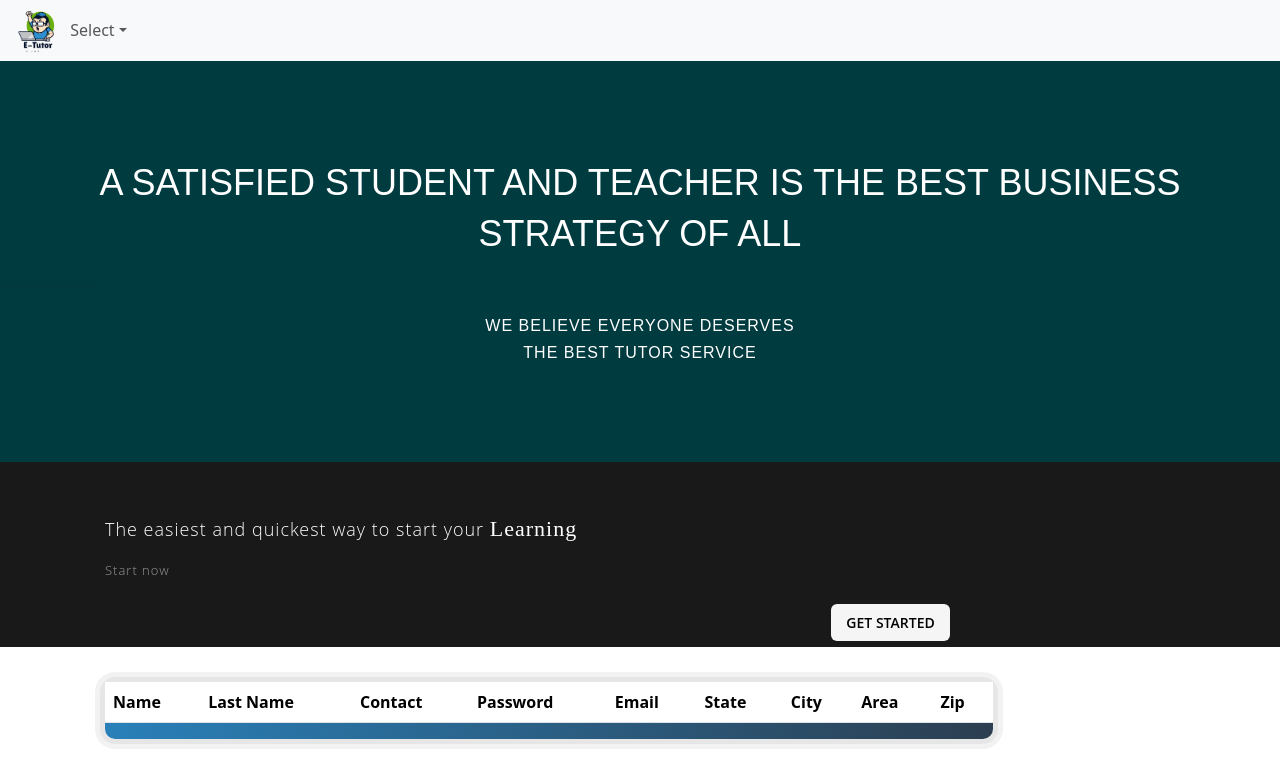
Repository: shailesh89-art/E-tutor-springboot-hibernate
Page: http://localhost/TUTOR_INVENTOR_1/pages/parent_Admin_edit.jsp
An editor plug-in stored every save of this project. The page is shown before and after the next save, followed by the edit.
The browser window is 1280 px wide. The pictures show the whole page.
Some web libraries are served in a nearby version. The page is served by Tomcat 9. Other server files are loaded and not shown. The template is opened directly, without the code that normally fills it, so the values that code supplies are empty.

Above is the page before, as saved 2023-05-03 14:09:14.

### TUTOR_INVENTOR_1/src/main/webapp/pages/parent_Admin_edit.jsp
<%@ taglib uri="http://www.springframework.org/tags/form" prefix="form"%> <%@ taglib uri="http://java.sun.com/jsp/jstl/core" prefix="c"%>
<!doctype html>
<html lang="en">
  <head>
    <!-- Required meta tags -->
    <meta charset="utf-8">
    <meta name="viewport" content="width=device-width, initial-scale=1, shrink-to-fit=no">

    <!-- Bootstrap CSS -->
      <link href="https://cdn.jsdelivr.net/npm/bootstrap@5.3.0-alpha1/dist/css/bootstrap.min.css" rel="stylesheet" integrity="sha384-GLhlTQ8iRABdZLl6O3oVMWSktQOp6b7In1Zl3/Jr59b6EGGoI1aFkw7cmDA6j6gD" crossorigin="anonymous">
    <script src="https://cdn.jsdelivr.net/npm/bootstrap@5.3.0-alpha1/dist/js/bootstrap.bundle.min.js" integrity="sha384-w76AqPfDkMBDXo30jS1Sgez6pr3x5MlQ1ZAGC+nuZB+EYdgRZgiwxhTBTkF7CXvN" crossorigin="anonymous"></script>
    <link rel="stylesheet" href="https://cdnjs.cloudflare.com/ajax/libs/font-awesome/4.7.0/css/font-awesome.min.css">
    <link rel="icon" type="image/x-icon" href="Assets/imgs/Screenshot_(160)-transformed (1)-fotor-bg-remover-20230423203452.png" >
      <title>Parent Admin</title>
    <style>




     .banner {

            background-size: cover;
            background-repeat: no-repeat;
            background-position: center center;
            width: 100%;
            height: 100%;
              background-color: #00838F;
        }

        .banner .opacity_overlay {
            height: 100%;
            width: 100%;
            background: rgba(0, 0, 0, 0.55);
            padding-top: 100px;
        }

        .banner .opacity_overlay .info {
            text-align: center;
            font-family: 'Montserrat', sans-serif;
        }

        .banner .opacity_overlay .info h2 {
            color: #fff;
            text-transform: uppercase;
            font-size: 36px;
        }

        .banner .opacity_overlay .info hr {
            width: 100px;
            margin-top: 30px;
            margin-bottom: 30px;
        }

        .banner .opacity_overlay .info h3 {
            color: #fff;
            text-transform: uppercase;
            font-size: 16px;
            letter-spacing: 1px;
        }

        .banner .opacity_overlay .secondary_layer {
            background: #191919;
            margin-top: 100px;
            padding-top: 15px;
            padding-bottom: 15px;
            font-family: "Open Sans", Arial, sans-serif;
        }

        .banner .opacity_overlay .secondary_layer .msg {
            font-size: 18px;
            color: #fff;
            font-weight: 300;
            letter-spacing: 1px;
        }

        .banner .opacity_overlay .secondary_layer .msg span {
            font-family: "Shadows Into Light", cursive;
            font-size: 22px;
        }

        .banner .opacity_overlay .secondary_layer .quote {
            font-size: 13px;
            color: #999;
            font-weight: 300;
            letter-spacing: 1px;
        }

        .banner .opacity_overlay .secondary_layer .btn {
            text-decoration: none;
            color: #000;
        }

        .banner .opacity_overlay .secondary_layer .btn button {
            background: #F5F5F5;
            border: none;
            border-radius: 6px;
            padding: 8px 15px;
            text-transform: uppercase;
            font-weight: 600;
            font-size: 14px;
            outline: none;
            transition: background-color 0.2s ease;
        }

        .banner .opacity_overlay .secondary_layer .btn button:hover {
            background: #000;
            color: #fff;
        }

        /* Font size change on browser resize */

        @media screen and (max-width: 991px) {
        .banner .opacity_overlay .info h2 {
            font-size: 30px;
        }
        }

        @media screen and (max-width: 768px) {
        .banner .opacity_overlay .info h2 {
            font-size: 26px;
        }
        }

        @media screen and (max-width: 631px) {
        .banner .opacity_overlay .info h2 {
            font-size: 22px;
        }
        }

        @media screen and (max-width: 534px) {
        .banner .opacity_overlay .info h2 {
            font-size: 20px;
        }
        }

        @media screen and (max-width: 991px) {
        .banner .opacity_overlay .info h3 {
            font-size: 12px;
        }
        }

        @media screen and (max-width: 534px) {
        .banner .opacity_overlay .info h3 {
            font-size: 10px;
        }
        }

        @media screen and (max-width: 768px) {
        .banner .opacity_overlay .secondary_layer .msg {
            font-size: 16px;
        }
        }

        @media screen and (max-width: 534px) {
        .banner .opacity_overlay .secondary_layer .msg {
            font-size: 13px;
        }
        }

        @media screen and (max-width: 768px) {
        .banner .opacity_overlay .secondary_layer .msg span {
            font-size: 18px;
        }
        }

        @media screen and (max-width: 534px) {
        .banner .opacity_overlay .secondary_layer .msg span {
            font-size: 16px;
        }
        }
        /*search button*/




        .advanced{

            text-decoration: none;
            font-size: 15px;
            font-weight: 500;
        }


        .btn-secondary,
        .btn-secondary:focus,
        .btn-secondary:active


         {
            color: #fff;
            background-color: #00838f !important;
            border-color: #00838f !important;
            box-shadow: none;
        }


        .advanced{

            color: #00838f !important;
        }






 .demo{ font-family: 'Noto Sans', sans-serif; }
.panel{
    background: linear-gradient(to right, #2980b9, #2c3e50);
    padding: 0;
    border-radius: 10px;
    border: none;
    box-shadow: 0 0 0 5px rgba(0,0,0,0.05),0 0 0 10px rgba(0,0,0,0.05);
}
.panel .panel-heading{
    padding: 20px 15px;
    border-radius: 10px 10px 0 0;
    margin: 0;
}
.panel .panel-heading .title{
    color: #fff;
    font-size: 28px;
    font-weight: 500;
    text-transform: capitalize;
    line-height: 40px;
    margin: 0;
}
.panel .panel-heading .btn{
    color: rgba(255,255,255,0.5);
    background: transparent;
    font-size: 16px;
    text-transform: capitalize;
    border: 2px solid #fff;
    border-radius: 50px;
    transition: all 0.3s ease 0s;
}
.panel .panel-heading .btn:hover{
    color: #fff;
    text-shadow: 3px 3px rgba(255,255,255,0.2);
}
.panel .panel-heading .form-control{
    color: #fff;
    background-color: transparent;
    width: 35%;
    height: 40px;
    border: 2px solid #fff;
    border-radius: 20px;
    display: inline-block;
    transition: all 0.3s ease 0s;
}
.panel .panel-heading .form-control:focus{
    background-color: rgba(255,255,255,0.2);
    box-shadow: none;
    outline: none;
}
.panel .panel-heading .form-control::placeholder{
    color: rgba(255,255,255,0.5);
    font-size: 15px;
    font-weight: 500;
}
.panel .panel-body{ padding: 0; }
.panel .panel-body .table thead tr th{
    color: #fff;
    background-color: rgba(255, 255, 255, 0.2);
    font-size: 16px;
    font-weight: 500;
    text-transform: uppercase;
    padding: 12px;
    border: none;
}
.panel .panel-body .table tbody tr td{
    color: #fff;
    font-size: 15px;
    padding: 10px 12px;
    vertical-align: middle;
    border: none;
}
.panel .panel-body .table tbody tr:nth-child(even){ background-color: rgba(255,255,255,0.05); }
.panel .panel-body .table tbody .action-list{
    padding: 0;
    margin: 0;
    list-style: none;
}
.panel .panel-body .table tbody .action-list li{
    display: inline-block;
    margin: 0 5px;
}
.panel .panel-body .table tbody .action-list li a{
    color: #fff;
    font-size: 15px;
    position: relative;
    z-index: 1;
    transition: all 0.3s ease 0s;
}
.panel .panel-body .table tbody .action-list li a:hover{ text-shadow: 3px 3px 0 rgba(255,255,255,0.3); }
.panel .panel-body .table tbody .action-list li a:before,
.panel .panel-body .table tbody .action-list li a:after{
    content: attr(data-tip);
    color: #fff;
    background-color: #111;
    font-size: 12px;
    padding: 5px 7px;
    border-radius: 4px;
    text-transform: capitalize;
    display: none;
    transform: translateX(-50%);
    position: absolute;
    left: 50%;
    top: -32px;
    transition: all 0.3s ease 0s;
}
.panel .panel-body .table tbody .action-list li a:after{
    content: '';
    height: 15px;
    width: 15px;
    padding: 0;
    border-radius: 0;
    transform: translateX(-50%) rotate(45deg);
    top: -18px;
    z-index: -1;
}
.panel .panel-body .table tbody .action-list li a:hover:before,
.panel .panel-body .table tbody .action-list li a:hover:after{
    display: block;
}
.panel .panel-footer{
    color: #fff;
    background-color: transparent;
    padding: 15px;
    border: none;
}
.panel .panel-footer .col{ line-height: 35px; }
.pagination{ margin: 0; }
.pagination li a{
    color: #fff;
    background-color: transparent;
    border: 2px solid transparent;
    font-size: 18px;
    font-weight: 500;
    text-align: center;
    line-height: 31px;
    width: 35px;
    height: 35px;
    padding: 0;
    margin: 0 3px;
    border-radius: 50px;
    transition: all 0.3s ease 0s;
}
.pagination li a:hover{
    color: #fff;
    background-color: transparent;
    border-color: rgba(255,255,255,0.2);
}
.pagination li a:focus,
.pagination li.active a,
.pagination li.active a:hover{
    color: #fff;
    background-color: transparent;
    border-color: #fff;
}
.pagination li:first-child a,
.pagination li:last-child a{
    border-radius: 50%;
}
.container{

    padding-left: 320px;
    padding:35px;
}
 #logo{
        width: 4%;
      }
@media only screen and (max-width:767px){
    .panel .panel-heading .title{
        text-align: center;
        margin: 0 0 10px;
    }
    .panel .panel-heading .btn_group{ text-align: center; }
    .container{

        padding: 45px;
    }
     #logo{
        width: 19%;
      }
}







   }
    </style>
  </head>
  <body>
  <nav class="navbar navbar-expand-lg navbar-light bg-light">
        <div class="container-fluid">
           <img  id="logo" src="Assets/imgs/Screenshot_(160)-transformed (1)-fotor-bg-remover-20230423203452.png" alt="">
          <button class="navbar-toggler" type="button" data-bs-toggle="collapse" data-bs-target="#navbarColor03" aria-controls="navbarColor03" aria-expanded="false" aria-label="Toggle navigation">
            <span class="navbar-toggler-icon"></span>
          </button>
          <div class="collapse navbar-collapse" id="navbarColor03">
            <ul class="navbar-nav me-auto">

              <li class="nav-item dropdown">
                <a class="nav-link dropdown-toggle" data-bs-toggle="dropdown" href="#" role="button" aria-haspopup="true" aria-expanded="false">Select</a>
                <div class="dropdown-menu">
                  <a class="dropdown-item" href="ebook_list">book</a>

                  <a class="dropdown-item" href="/parentlogout">Log Out</a>
                  </div>
              </li>

            </ul>
          </div>
        </div>
      </nav>
      <div class="banner">
    	<div class="opacity_overlay">
    		<div class="info">
    			<h2>A satisfied Student and Teacher is the best business</h2>
    			<h2>strategy of all</h2>
    			<hr>
    			<h3>We believe everyone deserves</h3>
    			<h3>The best tutor service</h3>
    		</div>

    		<div class="secondary_layer">
    			<div class="container">
    				<div class="col-md-8 col-sm-6">
    					<p class="msg">The easiest and quickest way to start your <span>Learning</span></p>
    					<p class="quote">Start now</p>
    				</div>
    				<div class="col-md-4 col-sm-6 pull-right">
    					<a href="ebook_list" class="btn" ><button type="submit">Get Started</button></a>

    				</div>
    			</div>
    		</div>

    	</div>
    </div>

   <div class="container">

    <div class="row">
        <div class="col-md-offset-1 col-md-10">
            <div class="panel">

                <div class="panel-body table-responsive">
<table class="table">
<tr>
<th>Name</th>
<th>Last Name</th>
<th>Contact</th>
<th>Password</th>
<th>Email</th>
<th>State</th>
<th>City</th>
<th>Area</th>
<th>Zip</th>
</tr>
<c:forEach  items="${parent}" var="e">
<tr>

<td>${e.fname}</td>
<td>${e.lname}</td>
<td>${e.contact}</td>
<td>${e.pass}</td>
<td>${e.email}</td>
<td>${e.state}</td>
<td>${e.city}</td>
<td>${e.area}</td>
<td>${e.zip}</td>
<td>

  <a href="edit_parent?id=${e.id}"><i class='fa fa-edit' style="color:blue"></i></a> |
          <a href="delete_parentfirst?id=${e.id}"><i class="fa fa-trash" style="color:blue"></i></a>
        </td>
</tr>
</c:forEach>
</table>
</div>
</div>
</div>
</div>
</div>

 <script src="https://code.jquery.com/jquery-3.2.1.slim.min.js" integrity="sha384-KJ3o2DKtIkvYIK3UENzmM7KCkRr/rE9/Qpg6aAZGJwFDMVNA/GpGFF93hXpG5KkN" crossorigin="anonymous"></script>
    <script src="https://cdn.jsdelivr.net/npm/popper.js@1.12.9/dist/umd/popper.min.js" integrity="sha384-ApNbgh9B+Y1QKtv3Rn7W3mgPxhU9K/ScQsAP7hUibX39j7fakFPskvXusvfa0b4Q" crossorigin="anonymous"></script>
    <script src="https://cdn.jsdelivr.net/npm/bootstrap@4.0.0/dist/js/bootstrap.min.js" integrity="sha384-JZR6Spejh4U02d8jOt6vLEHfe/JQGiRRSQQxSfFWpi1MquVdAyjUar5+76PVCmYl" crossorigin="anonymous"></script>
</body>

After the next save:
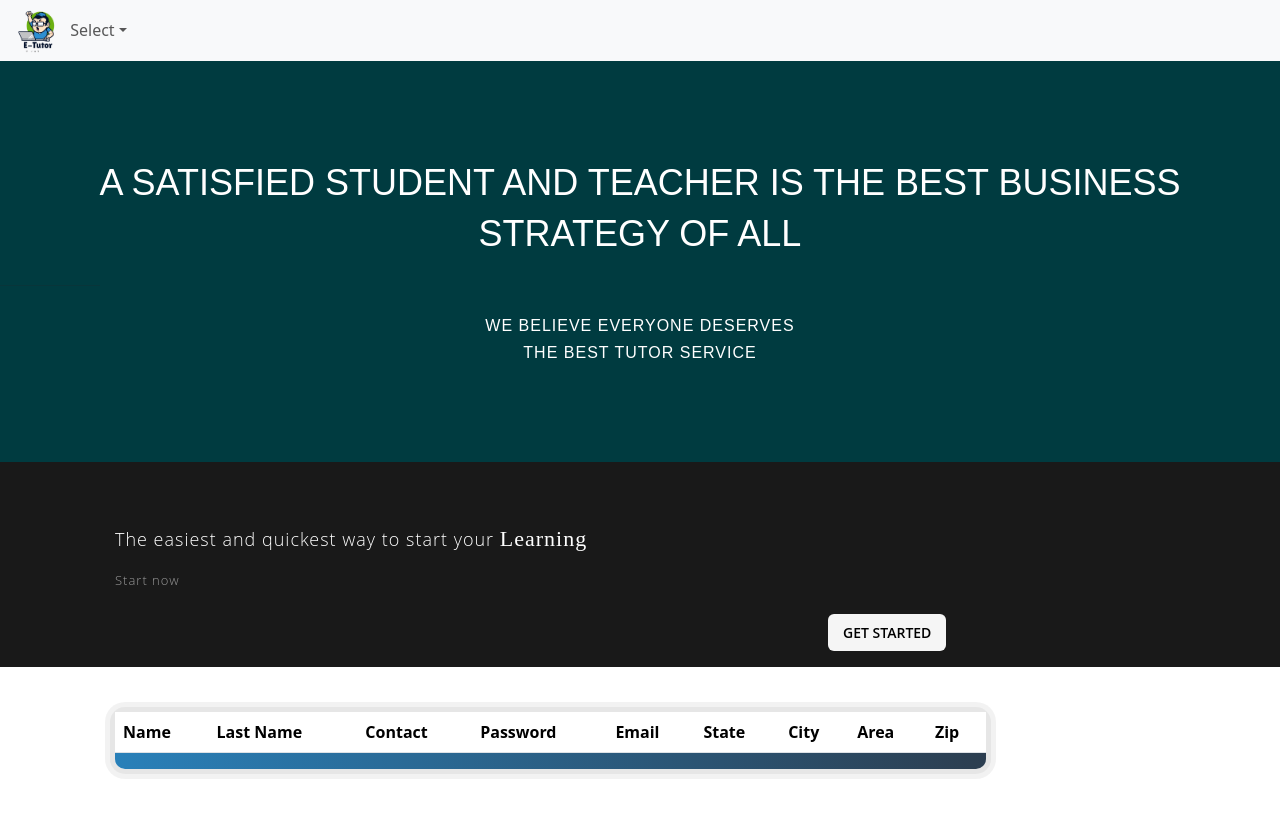
Saved 16 s later.
--- a/TUTOR_INVENTOR_1/src/main/webapp/pages/parent_Admin_edit.jsp
+++ b/TUTOR_INVENTOR_1/src/main/webapp/pages/parent_Admin_edit.jsp
@@ -365,7 +365,7 @@
 .container{
 
     padding-left: 320px;
-    padding:35px;
+    padding:45px;
 }
  #logo{
         width: 4%;
